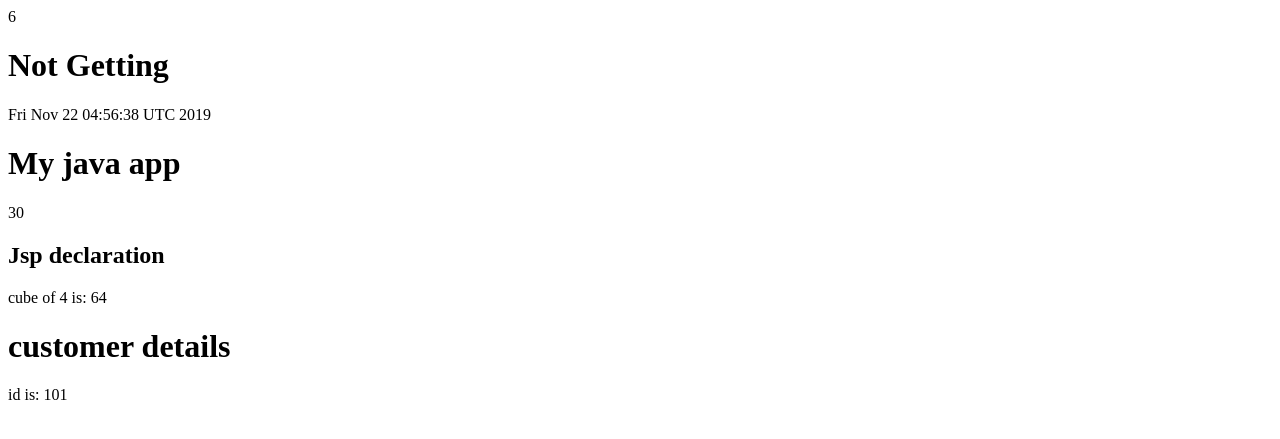
Repository: Vikas333/slk2
Page: http://localhost/Testproject/Test.jsp
The author's editor kept a copy of each file at every save. The page is drawn from the files as they stood at one save, then again after the next save.
The browser window is 1280 px wide. The pictures show the whole page.
The page is served by Tomcat 9.

Above is the page before, as saved 2019-11-22 08:47:40.

After the next save:
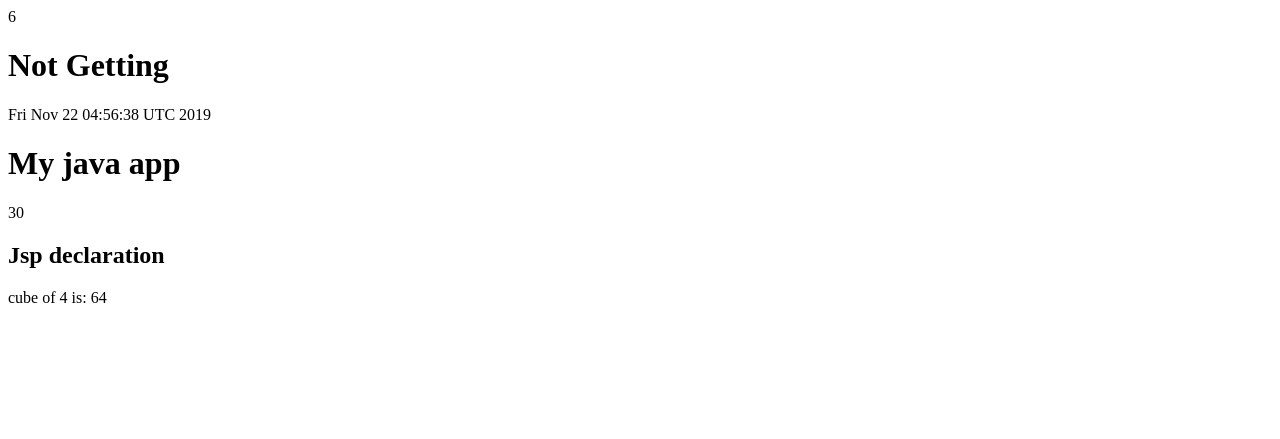
Saved 2 days later.
--- a/Testproject/WebContent/Test.jsp
+++ b/Testproject/WebContent/Test.jsp
@@ -31,7 +31,7 @@ return n*n*n;
 
 <%= "cube of 4 is:  "+cube(4) %>
 
-<h1>customer details</h1>
+<%-- <h1>customer details</h1>
 <%
 
 Customer c1=new Customer();
@@ -41,7 +41,7 @@ c1.setAddress("hyg");
 
 %>
 <%= "id is: "+c1.getCustId()%>
-<%@ page import ="com.slk.beam.Customer" %>
+<%@ page import ="com.slk.beam.Customer" %> --%>
 
 
 
